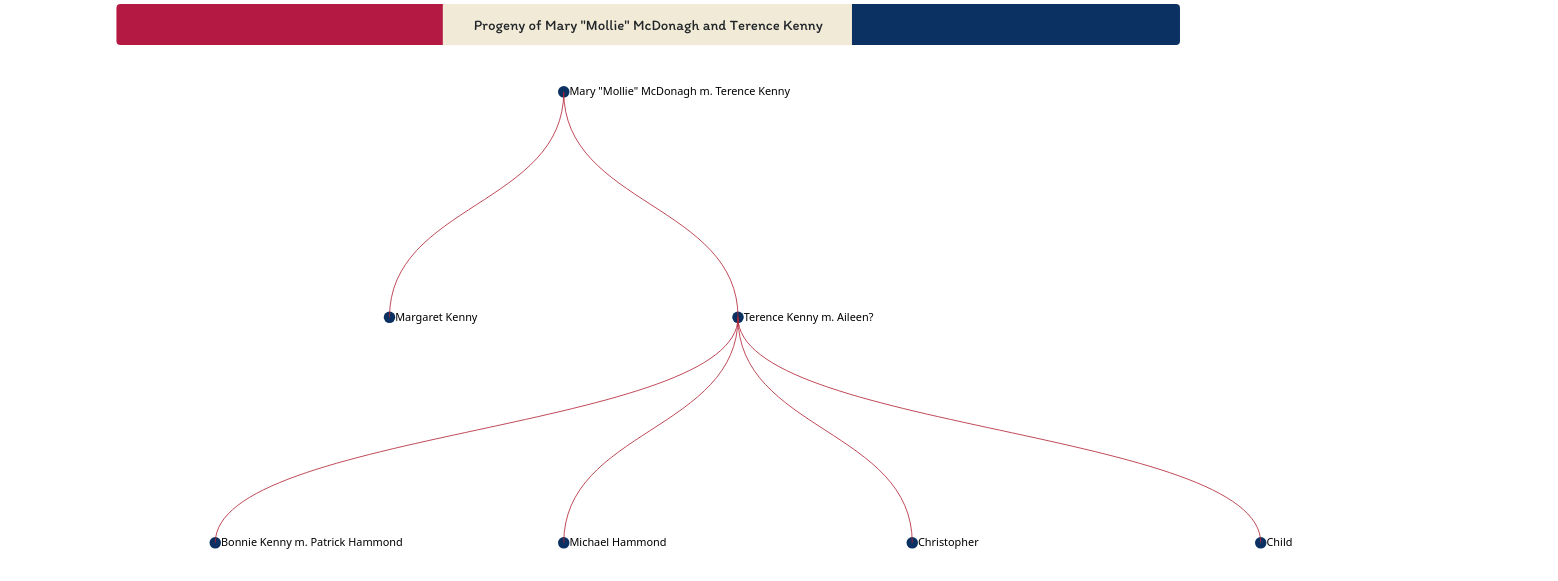
Repository: George2916/GreensladeFamilyTree
Page: progenyMollieMcDonagh.html
The author's editor kept a record of every edit. The page is drawn from the files as they stood at one moment, then again after the next edit.
The browser window is 1280 px wide. The page is 1900 px wide, so the pictures cover 1900 px, including what lies to the right of the window. The pictures show the whole page, at 82% of full size.

Above is the page before.

### progenyMollieMcDonagh.html
<!doctype html>
<html lang="en">
<head>

    <meta charset="utf-8">
    <meta http-equiv="X-UA-Compatible" content="IE-edge">
    <meta name="viewport" content="width=device-width, initial-scale=1">
    <!--[if lt IE 9]
      <script src="https://oss.maxcdn.com/html5shiv/3.7.2/html5shiv.min.js"></script>
      <script src="https://oss.maxcdn.com/respond/1.4.2/respond.min.js"></script>
    <![endif]-->

    <link rel="stylesheet" type="text/css" href="css/bootstrap.css">
    <link href="css/myStyle2.css" rel="stylesheet" type="text/css">
    <link rel="preconnect" href="https://fonts.gstatic.com">
    <link href="https://fonts.googleapis.com/css2?family=Itim&display=swap" rel="stylesheet">

<title>Progeny of Mary "Molly" McDonagh and Terence Kenny</title>

    <script src="js/d3.min.v6.7.0.js"></script>

</head>

<body class="progenySarahBody">

    <div class="container-fluid">

  <div>
    <div class="progenySarahA"></div>
	  <div class="progenySarahB" id="progeny">Progeny of Mary "Mollie" McDonagh and Terence Kenny</div>
	  <div class="progenySarahC"></div>
  </div>

  </div>

    <script>

    var svg = d3.select("body").append("svg")
            .attr("width",1700).attr("height",620)
            .append("g").attr("transform", "translate(50,50)");

    var data = [{"child":"Mary \"Mollie\" McDonagh m. Terence Kenny", "parent": ""},

                {"child":"Margaret Kenny", "parent": "Mary \"Mollie\" McDonagh m. Terence Kenny"},

                {"child":"Terence Kenny m. Aileen?", "parent": "Mary \"Mollie\" McDonagh m. Terence Kenny"},

                {"child":"Bonnie Kenny m. Patrick Hammond", "parent": "Terence Kenny m. Aileen?"},
                {"child":"Michael Hammond", "parent": "Terence Kenny m. Aileen?"},

                {"child":"Christopher", "parent": "Terence Kenny m. Aileen?"},

                {"child":"Child", "parent": "Terence Kenny m. Aileen?"},



            ];
        var dataStructure = d3.stratify()
                    .id(function(d){return d.child;})
                    .parentId(function(d){return d.parent;})
                    (data);
        var treeStructure = d3.tree().size([1700,550]);
        var information = treeStructure(dataStructure);

        var circles = svg.append("g").selectAll("circle")
                    .data(information.descendants());
        circles.enter().append("circle")
            .attr("cx", function(d){return d.x;})
            .attr("cy", function(d){return d.y;})
            .attr("r",7);

        var connections = svg.append("g").selectAll("path")
                    .data(information.links());
        connections.enter().append("path")
            .attr("d", function(d){
                return "M" + d.source.x + "," + d.source.y + " C " + d.source.x + "," + (d.source.y + d.target.y)/2 + " "
                + d.target.x + "," + (d.source.y + d.target.y)/2 + " "
                + d.target.x + "," + d.target.y;

            });

        var names = svg.append("g").selectAll("text")
                    .data(information.descendants());
        names.enter().append("text")
                .text(function(d){return d.data.child;})
                .attr("x", function(d){return d.x+7;})
                .attr("y", function(d){return d.y+4;})
    </script>

    <script src="js/d3.min.v6.7.0.js"></script>

</body>
</html>

### css/myStyle2.css
/*CSS FOR PROGENY OF EDWARD DUFFY AND MAE TORPEY*/

.progenyDuffyDiv {
    display: inline-block;
    height: 50px;
    width: 29000px;
}

.progenyEdwardDuffyA {
	background: #b22234;
	border-radius: 5px 0px 0px 5px;
	-webkit-border-radius: 5px 0px 0px 5px;
	-moz-border-radius: 5px 0px 0px 5px;
	-o-border-radius: 5px 0px 0px 5px;
	display: inline-block;
	height: 50px;
	margin: 5px -3px 5px 14525px;
	width: 800px;
	vertical-align: text-bottom;
}

.progenyEdwardDuffyB {
	background: #f0ead6;
	display: inline-block;
	font-family: 'Itim', arial, verdana;
	font-size: 18px;
	height: 50px;
	line-height: 50px;
	margin: 5px -2px 5px -2px;
	text-align: center;
	width: 800px;
	vertical-align: text-bottom;
}

.progenyEdwardDuffyC {
	background: #0A3161;
	border-radius: 0px 5px 5px 0px;
	-webkit-border-radius: 0px 5px 5px 0px;
	-moz-border-radius: 0px 5px 5px 0px;
	-o-border-radius: 0px 5px 5px 0px;
	display: inline-block;
	height: 50px;
	margin: 5px 0px 5px -3px;
	width: 800px;
	vertical-align: text-bottom;
}

circle {fill: #0A3161;}

path {fill: none;
      stroke: #b22234;
}

body {font-size: 83%;}

/*CSS FOR PROGENY OF BRIAN DUFFY AND MARY CULLAN*/

.progenyBrianDuffyBody {
    width: 3000px;

}

.progenyBrianA {
	background: #169B62;
	border-radius: 5px 0px 0px 5px;
	-webkit-border-radius: 5px 0px 0px 5px;
	-moz-border-radius: 5px 0px 0px 5px;
	-o-border-radius: 5px 0px 0px 5px;
	display: inline-block;
	height: 50px;
	margin: 5px -3px 5px 1550px;
	width: 400px;
	vertical-align: text-bottom;
}

/*CSS FOR PROGENY OF CATHERINE TARPEY AND PATRICK MULRENn*/

.progenyCatherineTorpeyBody {
    display: inline-block;
    height: 50px;
    width: 1900px;
}

.progenyCatherineTorpeyA {
	background:  #169B62;
	border-radius: 5px 0px 0px 5px;
	-webkit-border-radius: 5px 0px 0px 5px;
	-moz-border-radius: 5px 0px 0px 5px;
	-o-border-radius: 5px 0px 0px 5px;
	display: inline-block;
	height: 50px;
	margin: 5px -3px 5px 320px;
	width: 400px;
	vertical-align: text-bottom;
}

.progenyCatherineTorpeyB {
	background: #f0ead6;
	display: inline-block;
	font-family: 'Itim', arial, verdana;
	font-size: 18px;
	height: 50px;
	line-height: 50px;
	margin: 5px -2px 5px -2px;
	text-align: center;
	width: 400px;
	vertical-align: text-bottom;
}

.progenyCatherineTorpeyC {
	background: #FF883E;
	border-radius: 0px 5px 5px 0px;
	-webkit-border-radius: 0px 5px 5px 0px;
	-moz-border-radius: 0px 5px 5px 0px;
	-o-border-radius: 0px 5px 5px 0px;
	display: inline-block;
	height: 50px;
	margin: 5px 0px 5px -3px;
	width: 400px;
	vertical-align: text-bottom;
}

/*CSS FOR PROGENY OF KATHLEEN DUFFY AND JAMES COBURN*/

.progenyCoburnDiv {
    display: inline-block;
    height: 50px;
    width: 1500px;
}

.progenyCoburnA {
	background: #B31942;
	border-radius: 5px 0px 0px 5px;
	-webkit-border-radius: 5px 0px 0px 5px;
	-moz-border-radius: 5px 0px 0px 5px;
	-o-border-radius: 5px 0px 0px 5px;
	display: inline-block;
	height: 50px;
	margin: 5px -3px 5px 100px;
	width: 400px;
	vertical-align: text-bottom;
}

.progenyCoburnB {
	background: #f0ead6;
	display: inline-block;
	font-family: 'Itim', arial, verdana;
	font-size: 18px;
	height: 50px;
	line-height: 50px;
	margin: 5px -2px 5px -2px;
	text-align: center;
	width: 400px;
	vertical-align: text-bottom;
}

.progenyCoburnC {
	background: #0A3161;
	border-radius: 0px 5px 5px 0px;
	-webkit-border-radius: 0px 5px 5px 0px;
	-moz-border-radius: 0px 5px 5px 0px;
	-o-border-radius: 0px 5px 5px 0px;
	display: inline-block;
	height: 50px;
	margin: 5px 0px 5px -3px;
	width: 400px;
	vertical-align: text-bottom;
}

/*CSS FOR PROGENY OF KEVIN DUFFY AND UNA BEGLEY*/

.progenyKevinBody {
    display: inline-block;
    height: 50px;
    width: 2000px;
}

.progenyKevinA {
	background: #169B62;
	border-radius: 5px 0px 0px 5px;
	-webkit-border-radius: 5px 0px 0px 5px;
	-moz-border-radius: 5px 0px 0px 5px;
	-o-border-radius: 5px 0px 0px 5px;
	display: inline-block;
	height: 50px;
	margin: 5px -3px 5px 450px;
	width: 400px;
	vertical-align: text-bottom;
}

.progenyKevinB {
	background: #f0ead6;
	display: inline-block;
	font-family: 'Itim', arial, verdana;
	font-size: 18px;
	height: 50px;
	line-height: 50px;
	margin: 5px -2px 5px -2px;
	text-align: center;
	width: 400px;
	vertical-align: text-bottom;
}

.progenyKevinC {
	background: #FF883E;
	border-radius: 0px 5px 5px 0px;
	-webkit-border-radius: 0px 5px 5px 0px;
	-moz-border-radius: 0px 5px 5px 0px;
	-o-border-radius: 0px 5px 5px 0px;
	display: inline-block;
	height: 50px;
	margin: 5px 0px 5px -3px;
	width: 400px;
	vertical-align: text-bottom;
}

/*CSS FOR PROGENY OF UNA DUFFY AND SAM MEDLICOTT*/

.progenyMedlicottBody {
    display: inline-block;
    height: 50px;
    width: 2000px;
}

.progenyMedlicottA {
	background: #C8102E;
	border-radius: 5px 0px 0px 5px;
	-webkit-border-radius: 5px 0px 0px 5px;
	-moz-border-radius: 5px 0px 0px 5px;
	-o-border-radius: 5px 0px 0px 5px;
	display: inline-block;
	height: 50px;
	margin: 5px -3px 5px 250px;
	width: 500px;
	vertical-align: text-bottom;
}

.progenyMedlicottB {
	background: #f0ead6;
	border: 1px solid black;
	display: inline-block;
	font-family: 'Itim', arial, verdana;
	font-size: 18px;
	height: 50px;
	line-height: 50px;
	margin: 5px -2px 5px -2px;
	text-align: center;
	width: 500px;
	vertical-align: text-bottom;
}

.progenyMedlicottC {
	background: #012169;
	border-radius: 0px 5px 5px 0px;
	-webkit-border-radius: 0px 5px 5px 0px;
	-moz-border-radius: 0px 5px 5px 0px;
	-o-border-radius: 0px 5px 5px 0px;
	display: inline-block;
	height: 50px;
	margin: 5px 0px 5px -3px;
	width: 500px;
	vertical-align: text-bottom;
}

/*CSS FOR PROGENY OF MARY ANN DUFFY AND THOMAS SCANLON*/

.progenyScanlonBody {
    display: inline-block;
    height: 50px;
    width: 15000px;
}

.progenyScanlonA {
	background: #B31942;
	border-radius: 5px 0px 0px 5px;
	-webkit-border-radius: 5px 0px 0px 5px;
	-moz-border-radius: 5px 0px 0px 5px;
	-o-border-radius: 5px 0px 0px 5px;
	display: inline-block;
	height: 50px;
	margin: 5px -3px 5px 10725px;
	width: 800px;
	vertical-align: text-bottom;
}

.progenyScanlonB {
	background: #f0ead6;
	display: inline-block;
	font-family: 'Itim', arial, verdana;
	font-size: 18px;
	height: 50px;
	line-height: 50px;
	margin: 5px -2px 5px -2px;
	text-align: center;
	width: 800px;
	vertical-align: text-bottom;
}

.progenyScanlonC {
	background: #0A3161;
	border-radius: 0px 5px 5px 0px;
	-webkit-border-radius: 0px 5px 5px 0px;
	-moz-border-radius: 0px 5px 5px 0px;
	-o-border-radius: 0px 5px 5px 0px;
	display: inline-block;
	height: 50px;
	margin: 5px 0px 5px -3px;
	width: 800px;
	vertical-align: text-bottom;
}

/*CSS FOR PROGENY OF MICHAEL "MICK" McDONAGH AND MARY ANN COLEMAN*/

.progenyMickMcDonaghBody {
    width: 3000px;

}

.progenyMickA {
	background: #169B62;
	border-radius: 5px 0px 0px 5px;
	-webkit-border-radius: 5px 0px 0px 5px;
	-moz-border-radius: 5px 0px 0px 5px;
	-o-border-radius: 5px 0px 0px 5px;
	display: inline-block;
	height: 50px;
	margin: 5px -3px 5px 450px;
	width: 600px;
	vertical-align: text-bottom;
}

.progenyMickB {
	background: #f0ead6;
	display: inline-block;
	font-family: 'Itim', arial, verdana;
	font-size: 18px;
	height: 50px;
	line-height: 50px;
	margin: 5px -2px 5px -2px;
	text-align: center;
	width: 600px;
	vertical-align: text-bottom;
}

.progenyMickC {
	background: #FF883E;
	border-radius: 0px 5px 5px 0px;
	-webkit-border-radius: 0px 5px 5px 0px;
	-moz-border-radius: 0px 5px 5px 0px;
	-o-border-radius: 0px 5px 5px 0px;
	display: inline-block;
	height: 50px;
	margin: 5px 0px 5px -3px;
	width: 600px;
	vertical-align: text-bottom;
}

/*CSS FOR PROGENY OF SARAH "SADIE" McDONAGH/JOHN COMINOS AND MARY "MOLLIE" McDONAGH AND TERENCE KENNY*/

.progenySarahBody {
    display: inline-block;
    height: 50px;
    width: 1900px;
}

.progenySarahA {
	background:  #B31942;
	border-radius: 5px 0px 0px 5px;
	-webkit-border-radius: 5px 0px 0px 5px;
	-moz-border-radius: 5px 0px 0px 5px;
	-o-border-radius: 5px 0px 0px 5px;
	display: inline-block;
	height: 50px;
	margin: 5px -3px 5px 130px;
	width: 400px;
	vertical-align: text-bottom;
}

.progenyMaryA {
	background:  #B31942;
	border-radius: 5px 0px 0px 5px;
	-webkit-border-radius: 5px 0px 0px 5px;
	-moz-border-radius: 5px 0px 0px 5px;
	-o-border-radius: 5px 0px 0px 5px;
	display: inline-block;
	height: 50px;
	margin: 5px -3px 5px 140px;
	width: 400px;
	vertical-align: text-bottom;
}

.progenySarahB {
	background: #f0ead6;
	display: inline-block;
	font-family: 'Itim', arial, verdana;
	font-size: 18px;
	height: 50px;
	line-height: 50px;
	margin: 5px -2px 5px -2px;
	text-align: center;
	width: 500px;
	vertical-align: text-bottom;
}

.progenySarahC {
	background: #0A3161;
	border-radius: 0px 5px 5px 0px;
	-webkit-border-radius: 0px 5px 5px 0px;
	-moz-border-radius: 0px 5px 5px 0px;
	-o-border-radius: 0px 5px 5px 0px;
	display: inline-block;
	height: 50px;
	margin: 5px 0px 5px -3px;
	width: 400px;
	vertical-align: text-bottom;
}

Loaded but not shown: css/bootstrap.css (library); js/d3.min.v6.7.0.js (library)

After the next edit:
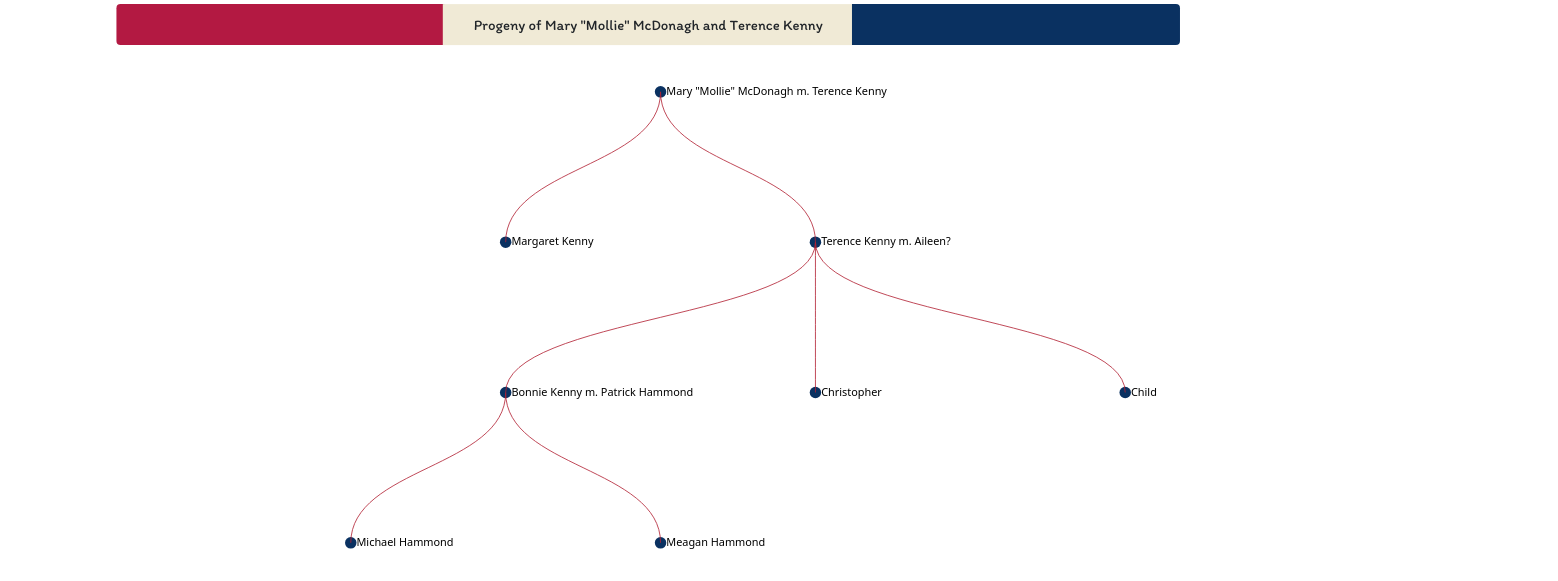
The edit:
--- a/progenyMollieMcDonagh.html
+++ b/progenyMollieMcDonagh.html
@@ -46,7 +46,8 @@
                 {"child":"Terence Kenny m. Aileen?", "parent": "Mary \"Mollie\" McDonagh m. Terence Kenny"},
 
                 {"child":"Bonnie Kenny m. Patrick Hammond", "parent": "Terence Kenny m. Aileen?"},
-                {"child":"Michael Hammond", "parent": "Terence Kenny m. Aileen?"},
+                {"child":"Michael Hammond", "parent": "Bonnie Kenny m. Patrick Hammond"},
+                {"child":"Meagan Hammond", "parent": "Bonnie Kenny m. Patrick Hammond"},
 
                 {"child":"Christopher", "parent": "Terence Kenny m. Aileen?"},
 
